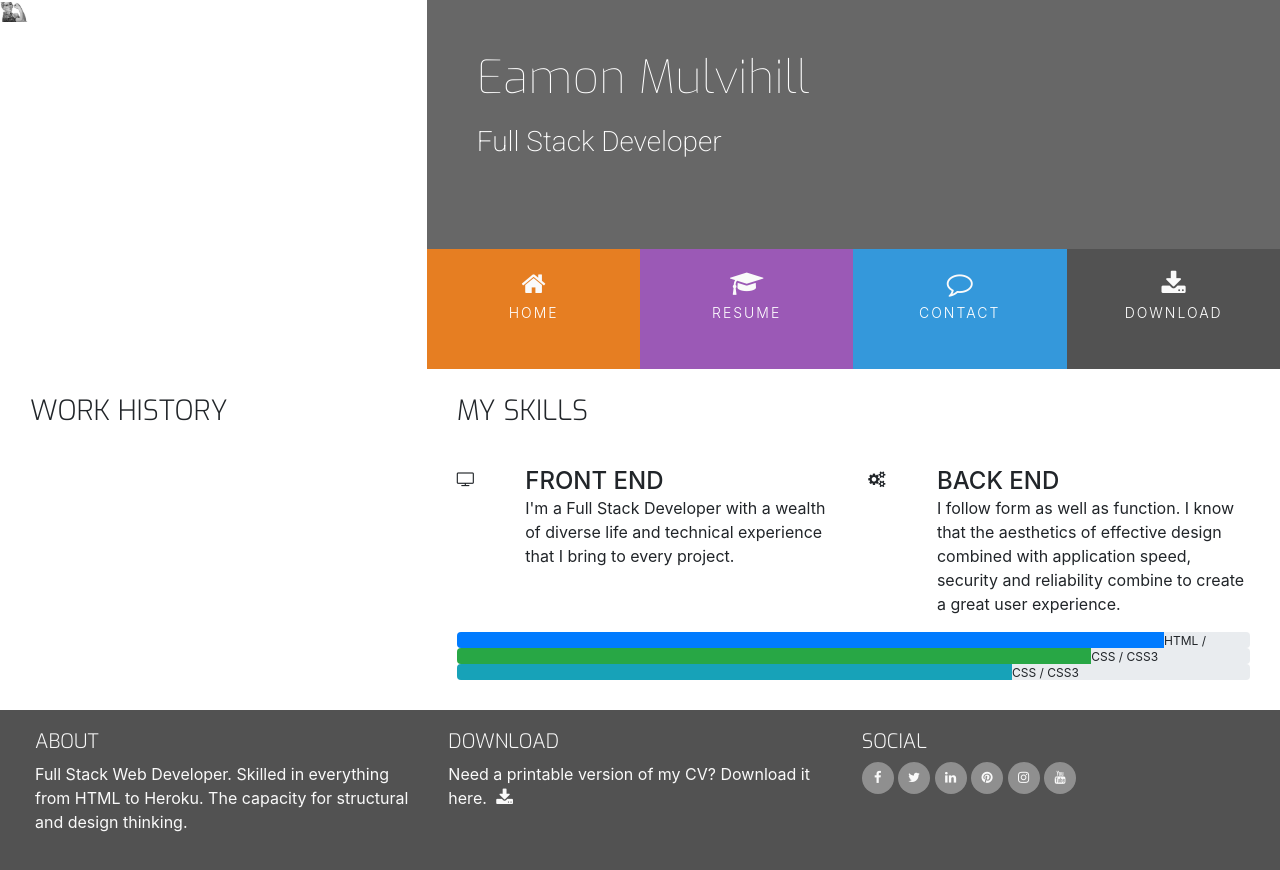
Repository: emulvihi/interactive-cv
Page: resume.html
The author's editor kept a record of every edit. The page is drawn from the files as they stood at one moment, then again after the next edit.
The browser window is 1280 px wide. The pictures show the whole page.

Above is the page before.

After the next edit:
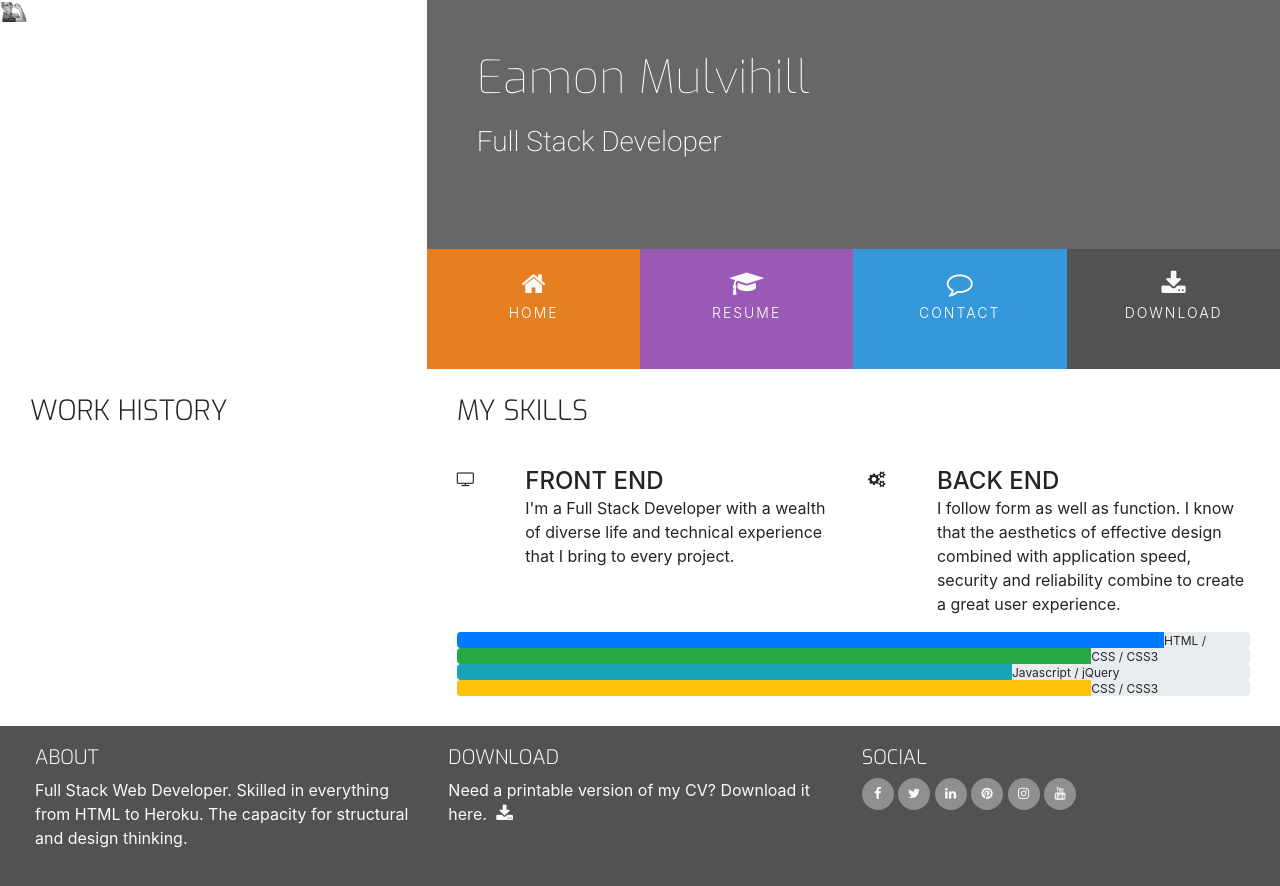
The edit:
--- a/resume.html
+++ b/resume.html
@@ -111,6 +111,12 @@
                             <div class="progress-bar bg-info" role="progressbar" aria-valuenow="70" aria-valuemin="0" aria-valuemax="100" style="width: 70%;">
                                 <span class="sr-only">70% complete</span>
                             </div>
+                            <span class="progress-type">Javascript / jQuery</span>
+                        </div>
+                        <div class="progress">
+                            <div class="progress-bar bg-warning" role="progressbar" aria-valuenow="80" aria-valuemin="0" aria-valuemax="100" style="width: 80%;">
+                                <span class="sr-only">80% complete</span>
+                            </div>
                             <span class="progress-type">CSS / CSS3</span>
                         </div>
                     </div>
